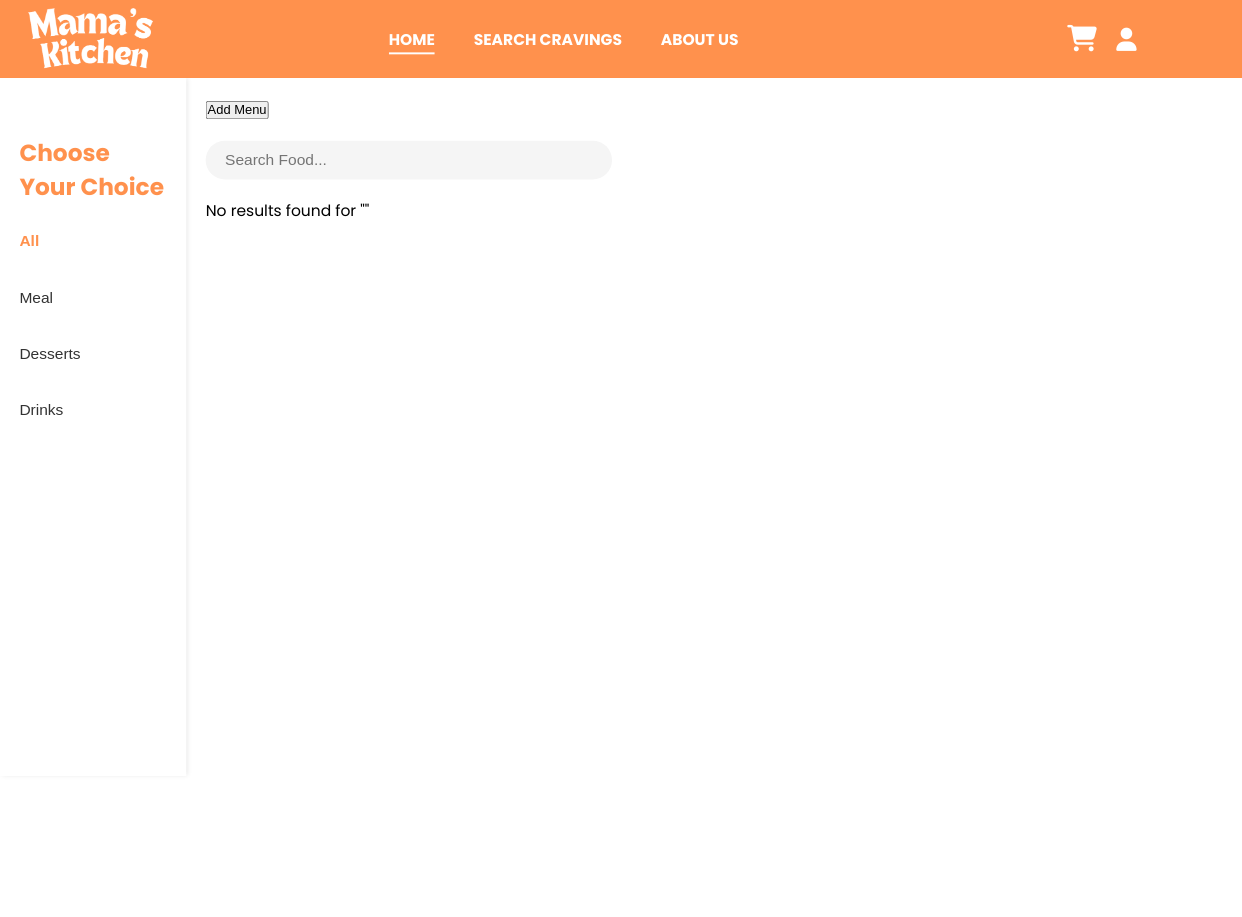
Repository: KarlBautista/mamaskitchen
Page: /adminMenu (app in frontend/)
The author's editor kept a copy of each file at every save. The page is drawn from the files as they stood at one save, then again after the next save.
The browser window is 1280 px wide. The pictures show the whole page, at 97% of full size.
The page's requests for data from a server got no answer. Some web fonts or font styles are not loaded; a fallback is used. Some web libraries are served in a nearby version. The project was rebuilt for these pictures with package versions that can differ from the ones it lists, and the page was loaded fresh each time. Some packages were replaced by stand-ins written for this rebuild. No one was signed in, and anything a server would have sent is missing. Also part of the build but not shown: frontend/src/components/VideoPlatform.jsx, frontend/src/components/Home.jsx, frontend/src/components/Register.jsx, frontend/src/components/SearchCravings.jsx, frontend/src/components/AboutUs.jsx, frontend/src/components/Login.jsx, frontend/src/styles/profile.css, frontend/src/components/Profile.jsx and 3 more. Imported but missing from the stored project, and not drawn on this page: frontend/src/videos/Landing-Video.mp4, frontend/src/videos/jollibee-1.mp4.

Above is the page before, as saved 2025-01-04 00:00:18.

### frontend/public/index.html
<!DOCTYPE html>
<html lang="en">
  <head>
    <meta charset="utf-8" />
    <link rel="icon" href="%PUBLIC_URL%/favicon.ico" />
    <link rel="stylesheet" href="https://cdnjs.cloudflare.com/ajax/libs/font-awesome/6.6.0/css/all.min.css" integrity="sha512-Kc323vGBEqzTmouAECnVceyQqyqdsSiqLQISBL29aUW4U/M7pSPA/gEUZQqv1cwx4OnYxTxve5UMg5GT6L4JJg==" crossorigin="anonymous" referrerpolicy="no-referrer" />
    <meta name="viewport" content="width=device-width, initial-scale=1" />

    <meta name="theme-color" content="#000000" />
    <meta
      name="description"
      content="Web site created using create-react-app"
    />
    <link rel="apple-touch-icon" href="%PUBLIC_URL%/logo192.png" />
    <!--
      manifest.json provides metadata used when your web app is installed on a
      user's mobile device or desktop. See https://developers.google.com/web/fundamentals/web-app-manifest/
    -->
    <link rel="manifest" href="%PUBLIC_URL%/manifest.json" />
    <!--
      Notice the use of %PUBLIC_URL% in the tags above.
      It will be replaced with the URL of the `public` folder during the build.
      Only files inside the `public` folder can be referenced from the HTML.

      Unlike "/favicon.ico" or "favicon.ico", "%PUBLIC_URL%/favicon.ico" will
      work correctly both with client-side routing and a non-root public URL.
      Learn how to configure a non-root public URL by running `npm run build`.
    -->
    <title>React App</title>
  </head>
  <body>
    <noscript>You need to enable JavaScript to run this app.</noscript>
    <div id="root"></div>
    <!--
      This HTML file is a template.
      If you open it directly in the browser, you will see an empty page.

      You can add webfonts, meta tags, or analytics to this file.
      The build step will place the bundled scripts into the <body> tag.

      To begin the development, run `npm start` or `yarn start`.
      To create a production bundle, use `npm run build` or `yarn build`.
    -->
  </body>
</html>

### frontend/src/contexts/UserContext.jsx
import React, { createContext, useContext, useState, useEffect } from "react";
import axios from "axios";

// Create a Context for the user
export const UserContext = createContext();

// Custom hook to use the UserContext
export const useUserContext = () => {
    const context = useContext(UserContext);
    if (!context) {
        throw new Error("useUserContext must be used within a UserProvider");
    }
    return context;
};

export const UserProvider = ({ children }) => {
    const [user, setUser] = useState(null);
    const [cart, setCart] = useState([]);

    // Check localStorage for user data and cart data on initial load
    useEffect(() => {
        const storedUser = JSON.parse(localStorage.getItem("user"));
        const storedCart = JSON.parse(localStorage.getItem("cart")) || [];
        if (storedUser) {
            setUser(storedUser);
        }
        setCart(storedCart);
    }, []);

    const login = (userData) => {
        setUser(userData);
        localStorage.setItem("user", JSON.stringify(userData));
    };

    const logout = () => {
        setUser(null);
        localStorage.removeItem("user");
        clearCart();
    };

    const addToCart = async (item) => {
        if (!item.image_url) {
            console.error("Item image_url is missing!");
            return; // Make sure the item has an image_url before proceeding
        }

        try {
            const response = await axios.post('http://localhost:8800/add_to_cart', {
                user_id: user.id,
                food_name: item.food_name,
                price: item.price,
                image_url: item.image_url, // Ensure this is passed
            });

            if (response.data.success) {
                setCart((prevCart) => {
                    const updatedCart = [...prevCart, item];
                    localStorage.setItem("cart", JSON.stringify(updatedCart));
                    return updatedCart;
                });
            } else {
                console.error("Failed to add to cart:", response.data.message);
            }
        } catch (error) {
            console.error("Error adding to cart:", error);
        }
    };



    const clearCart = () => {
        setCart([]);
        localStorage.removeItem("cart");
    };

    return (
        <UserContext.Provider value={{ user, login, logout, cart, setCart, addToCart, clearCart }}>
        {children}
    </UserContext.Provider>
    );
};

### frontend/src/styles/register.css
@import url('https://fonts.googleapis.com/css2?family=Allura&family=Great+Vibes&family=Inter:ital,opsz,wght@0,14..32,100..900;1,14..32,100..900&family=Lato:ital,wght@0,100;0,300;0,400;0,700;0,900;1,100;1,300;1,400;1,700;1,900&family=Lobster+Two:ital,wght@0,400;0,700;1,400;1,700&family=Poppins:ital,wght@0,100;0,200;0,300;0,400;0,500;0,600;0,700;0,800;0,900;1,100;1,200;1,300;1,400;1,500;1,600;1,700;1,800;1,900&family=Romanesco&display=swap');


*{
    margin: 0;
    padding: 0;
    box-sizing: border-box;

}

html, body{

}
.register-container {
    height: 100vh;
    width: 100%;
    background-color: white;
    display: flex;

    flex-wrap: nowrap; /* Prevent wrapping */
}


.left-container{
    width: 50%;

    height: 100%;
    display: flex;
    align-items: center;
    justify-content: center;


}

.right-container{

    width: 50%;
    height: 100%;
    display: flex;
    justify-content: center;
    align-items: center;
    font-family: "Poppins", sans-serif;

}

img{
    width: 500px;
    height: 500px;

}

.register-form{

    width: 80%;
    height: 80%;

    border-radius: 15px;
    display: flex;
    flex-direction: column;
    align-items: center;
    justify-content: center;
    padding: 20px;

    gap: 50px;

}

.register-form .register-title{


    font-size: 3rem;
    font-weight: bold;
    color:#FF914D;
    text-transform: uppercase;
}

.registration{

    display: flex;
    flex-direction: column;
    gap: 30px;
    width: 100%;
    align-items: center;
}

.registration input{
    width: 80%;
    font-size: 1.5rem;
    border-radius: 15px;
    padding: 20px;
    border: none;
}

.registration button{
    width: 30%;
    border: none;
    border-radius: 10px;
    height: 50px;
    font-size: 1.3rem;
    background-color:#FF914D;
    color: white;
    text-transform: uppercase;
    cursor: pointer;
}


/* Apply same styling to the select element as the input fields */
.registration select {
    width: 80%;
    font-size: 1.5rem;
    border-radius: 15px;
    padding: 20px;
    border: none;
    background-color: #f9f9f9; /* Ensure consistency in background color */
    color: #333; /* Default text color */
}

/* Style for placeholder text inside the select dropdown */
select[name="gender"] {
    color: #777; /* Gray color for the placeholder text */
    font-style: italic;
}

/* Focus effect for select element */
select[name="gender"]:focus {
    outline: none;
    border: 2px solid #FF914D; /* Apply border color on focus */
}

/* Optional: Hover effect for the select options */
select[name="gender"] option:hover {
    background-color: #f1f1f1; /* Light background on hover */
}

/* Style for the gender option placeholder text */
.selectGender {
    font-style: italic;
    color: #777; /* Placeholder color */
}



/* SweetAlert2 custom styles */
.custom-popup {
    background-color: white; /* Soft background color */
    border-radius: 15px;
    box-shadow: 0 4px 8px rgba(0, 0, 0, 0.2);
    padding: 20px;
}

.custom-popup .swal2-title {
    color: #333;
    font-family: 'Poppins', sans-serif;
    font-size: 1.5em;
}


/* Apply Poppins font to SweetAlert title */
.swal2-title {
    font-family: 'Poppins', sans-serif !important;
  }

  /* If you want to apply it to all SweetAlert content */
  .swal2-html-container {
    font-family: 'Poppins', sans-serif !important;
  }

### frontend/src/styles/header.css
@import url('https://fonts.googleapis.com/css2?family=Allura&family=Great+Vibes&family=Inter:ital,opsz,wght@0,14..32,100..900;1,14..32,100..900&family=Lato:ital,wght@0,100;0,300;0,400;0,700;0,900;1,100;1,300;1,400;1,700;1,900&family=Lobster+Two:ital,wght@0,400;0,700;1,400;1,700&family=Poppins:ital,wght@0,100;0,200;0,300;0,400;0,500;0,600;0,700;0,800;0,900;1,100;1,200;1,300;1,400;1,500;1,600;1,700;1,800;1,900&family=Romanesco&display=swap');
.header-container {
    position: sticky;
    top: 0;
    z-index: 1000;
    height: 80px;
    display: flex;
    align-items: center;
    justify-content: space-between;
    background-color:#FF914D;
    padding: 10px 20px;
    transition: transform 0.5s ease, opacity 0.5s ease;
    font-family: "Poppins", sans-serif;
}


.header-container.scrolled a::after {
    background-color:#FF914D;
}

.header-container.scrolled {
    background-color: white;
    color: #FF914D;
    box-shadow: 0 2px 5px rgba(0, 0, 0, 0.1);
}


.header-container.visible {
    transform: translateY(0); /* Show header */
    opacity: 1;
}

.header-container.hidden {
    transform: translateY(-100%); /* Hide header */
    opacity: 0;
}

.header-container.scrolled .bayong{
    color: #FF914D;
}
.header-logo {
    width: auto; /* Adjust width dynamically */
    height: 100%;
    display: flex;
    align-items: center;
    justify-content: center;
    transition: transform 0.3s ease, color 0.3s ease;
}

.header-logo a {
    display: flex;
    align-items: center;
    justify-content: center;
    text-decoration: none;
}

.header-logo img {
    max-width: 150px; /* Set a max width for the logo */
    height: auto; /* Maintain aspect ratio */
    transition: transform 0.3s ease, filter 0.3s ease; /* Smooth hover effects */
}

.header-logo img:hover {
    transform: scale(1.05); /* Slightly enlarge on hover */
    filter: brightness(1.1); /* Brighten the image */
}


.header-container.scrolled .header-logo {
   color: #FF914D; /* Change color on scroll */
}
.header-container.scrolled i{
    color: #FF914D;
}


.header-logo p {
    font-size: 3rem;
    letter-spacing: 1px;
    font-weight: bold;
}

.header-container.scrolled a{
    color: #FF914D;
}

.header-container.scrolled .{
    color: #FF914D;
}

.header-container.scrolled .user{
    color: #FF914D;
}



.header-links{

    width: 60%;
    height: 100%;
    display: flex;
    align-items: center;
    justify-content: center;
    margin-right: 20px;
    text-transform: uppercase;
}

.header-links a {
    text-decoration: none;
    color: white;
    margin: 0 20px;
    font-size: 1rem;
    font-weight: bold;
    transition: color 0.3s ease;
}


.header-last{
    display: flex;
    align-items: center;
    justify-content: center;
    width: 20%;
    gap: 20px;
    cursor: pointer;
    text-transform: uppercase;
}

/* Base Style */
a {
    text-decoration: none;
    color: white;
    font-size: 1.2rem;
    font-weight: bold;
    position: relative;
    transition: color 0.3s ease;
}

/* Hover Effect */
a:hover {
   text-shadow: white;
}

/* Underline Effect */


a::after {
    content: '';
    position: absolute;
    left: 0;
    bottom: -3px; /* Adjust based on spacing preference */
    width: 100%;
    height: 2px;
    background-color: white; /* Underline color */
    transform: scaleX(0);
    transform-origin: left;
    transition: transform 0.3s ease;
}

a:hover::after {
    transform: scaleX(1);
}


a.active::after {
    transform: scaleX(1);
}








/* Base Style */
/* Base Style *

/* Hover Effect */
.cart-icon{
    font-size: 1.7rem;
}

/* Underline Effect */
.user-dropdown {
    position: relative;
    display: inline-block;
    cursor: pointer;
    color: white;
    font-size: 1.7rem;

}

.dropdown-content {
    background-color: white;
    border: 1px solid #ccc;
    position: absolute;
    top: 100%;
    right: 0;
    min-width: 160px;
    display: flex;
    flex-direction: column;
    padding: 10px 0;
    box-shadow: 0 4px 8px rgba(0, 0, 0, 0.1);
    z-index: 1000;
}

.dropdown-item {
    color: black; /* Set text color to black */
    padding: 8px 16px;
    text-decoration: none;
    display: block;
    cursor: pointer;
}

.dropdown-item:hover {
    background-color: #f1f1f1;
}

/* Optional: Dropdown toggle icon styles */
.user-dropdown .fas.fa-user {
    cursor: pointer;
    font-size: 24px;
}

.bayong-container.active .bayong,
.user-dropdown.active i {
    position: relative;
}

.bayong-container.active .bayong::after,
.user-dropdown.active i::after {
    content: "";
    position: absolute;
    left: 0;
    bottom: -3px; /* Adjust based on spacing preference */
    width: 100%;
    height: 2px;
    background-color: white; /* Underline color */
    transform: scaleX(1);
    transform-origin: left;
    transition: transform 0.3s ease;
}

/* Normal state */
.bayong-container .bayong::after,
.user-dropdown i::after {
    transform: scaleX(0);
    transition: transform 0.3s ease;
}

### frontend/src/styles/search-cravings.css
/* Ensure the container spans the full viewport */

.stores-container {
    display: flex;
    height: auto;
    width: 100%;
    background-color: white;
    font-family: "Poppins", sans-serif;
}

/* Sidebar styling */
.sidebar {
    position: sticky;
    top: 0;
    width: 15%; /* Fixed width of 25% */
    background-color: white;
    color: #333;
    height: 100vh; /* Make it span the full viewport height */
    display: flex;
    flex-direction: column;
    align-items: center;
    padding-top: 20px;
    box-shadow: 2px 0 5px rgba(0, 0, 0, 0.1);
}


.sidebar h2 {
    margin-bottom: 20px;
    font-size: 1.5rem;
    text-transform: uppercase;
    letter-spacing: 1px;
}

.sidebar ul {
    list-style: none;
    padding: 0;
    width: 100%;
    text-align: center;
}

.sidebar ul li {
    padding: 10px 0;
    cursor: pointer;
    transition: background-color 0.3s;
}

.sidebar ul li:hover {
    background-color: white;
    color:#FF914D;
}

/* Main container styling */
.main-container {
    flex: 1; /* Allow main content to grow and fill the remaining space */
    display: flex;
    flex-direction: column;
    padding: 20px;
}
/* Video platform styling */
.video-platform-container {
    width: 100%;
    display: flex;
    justify-content: center;

}

.video-platform {
    width: 99%; /* Adjust width as needed */
    max-height: 500px;
    overflow: hidden;
    border-radius: 10px;
    box-shadow: 0 4px 10px rgba(0, 0, 0, 0.2);
}

.video-platform video {
    width: 100%;
    height: auto;
    display: block;
    border-radius: 10px;
}

.search-stores{
    width: 100%;
    display: flex;
    align-items: center;
    justify-content: flex-start;
    margin-top: 20px;

}

.search-stores input{
    width: 40%;
    height: 40px;
    border-radius: 20px;
    border: none;
    padding: 0 20px;
    font-size: 1rem;
    outline: none;
    background-color: whitesmoke;
}

.search-stores input:focus{
    border: 1px solid #FF914D;
}

.store-categories{
    font-size: 1.5rem;
    font-weight: bold;
    color: #FF914D;

}

.food-classifications {
    width: 100%;
    margin-top: 20px;
}

.food-class-container {
    width: 100%;
    display: flex;
    flex-direction: column;

    align-items: flex-start; /* Align items to the start (left) */
    padding: 20px;
}

.food-class {
    width: 100%;

    margin: 0; /* Remove default list margin */
    padding: 0; /* Remove default list padding */
    list-style: none; /* Remove bullet points */

}

.food-class li {
    padding: 8px 0; /* Add space between items */
    text-align: left; /* Ensure text aligns to the left */
    font-size: 16px;
    font-family: Arial, sans-serif;
    margin-top: 20px;

}

.food-class li:hover{
    font-weight: bold;
}


.foods {
    width: 100%;
    gap: 10px;
    margin-top: 20px;
    display: grid;
    grid-template-columns: repeat(3, 1fr); /* Always 3 items per row */
    grid-template-rows: auto;
    min-height: 100vh;;
}





.card-foods {
    width: 100%;
    height: 250px;
    background-color: #FF914D;
    position: relative;
    overflow: hidden;
}
.card-foods img {
    width: 100%;
    height: 100%;
    object-fit: cover;
}

.card-details {
    position: absolute;
    top: 0;
    left: 0;
    width: 100%;
    height: 100%;
    display: flex;
    flex-direction: column;
    align-items: center;
    justify-content: center;
    background-color: rgba(0, 0, 0, 0.6);

    color: white;
    opacity: 0; /* Initially hidden */
    transition: opacity 0.3s ease; /* Smooth fade-in effect */
    cursor: pointer;
}

.card-foods:hover .card-details {
    opacity: 1; /* Show on hover */
}

.dish-name {
    font-size: 1.5rem;
    font-weight: bold;
    margin-bottom: 10px;
}

.dish-price {
    font-size: 1.2rem;
    margin-bottom: 20px;
}

.add-to-cart {
    background-color: #FF914D;
    color: white;
    border: none;
    padding: 10px 20px;
    font-size: 1rem;
    cursor: pointer;
    border-radius: 5px;
    transition: background-color 0.3s ease;
}

.add-to-cart:hover {
    background-color: #FF6B1D;
}


.food-class li.active {
    font-weight: bold;
    color: #FF914D;
}
.card-enter {
    opacity: 0;
    transform: scale(0.9);
}
.card-enter-active {
    opacity: 1;
    transform: scale(1);
    transition: opacity 300ms, transform 300ms;
}
.card-exit {
    opacity: 1;
    transform: scale(1);
}
.card-exit-active {
    opacity: 0;
    transform: scale(0.9);
    transition: opacity 300ms, transform 300ms;
}

Loaded but not shown: frontend/src/index.js (common file); frontend/src/index.css (common file); frontend/src/reportWebVitals.js (common file); frontend/src/App.js (37 lines, source omitted); frontend/src/styles/home.css (565 lines, source omitted); frontend/src/components/adminMenu.jsx (266 lines, source omitted); frontend/src/components/Header.jsx (187 lines, source omitted)

After the next save:
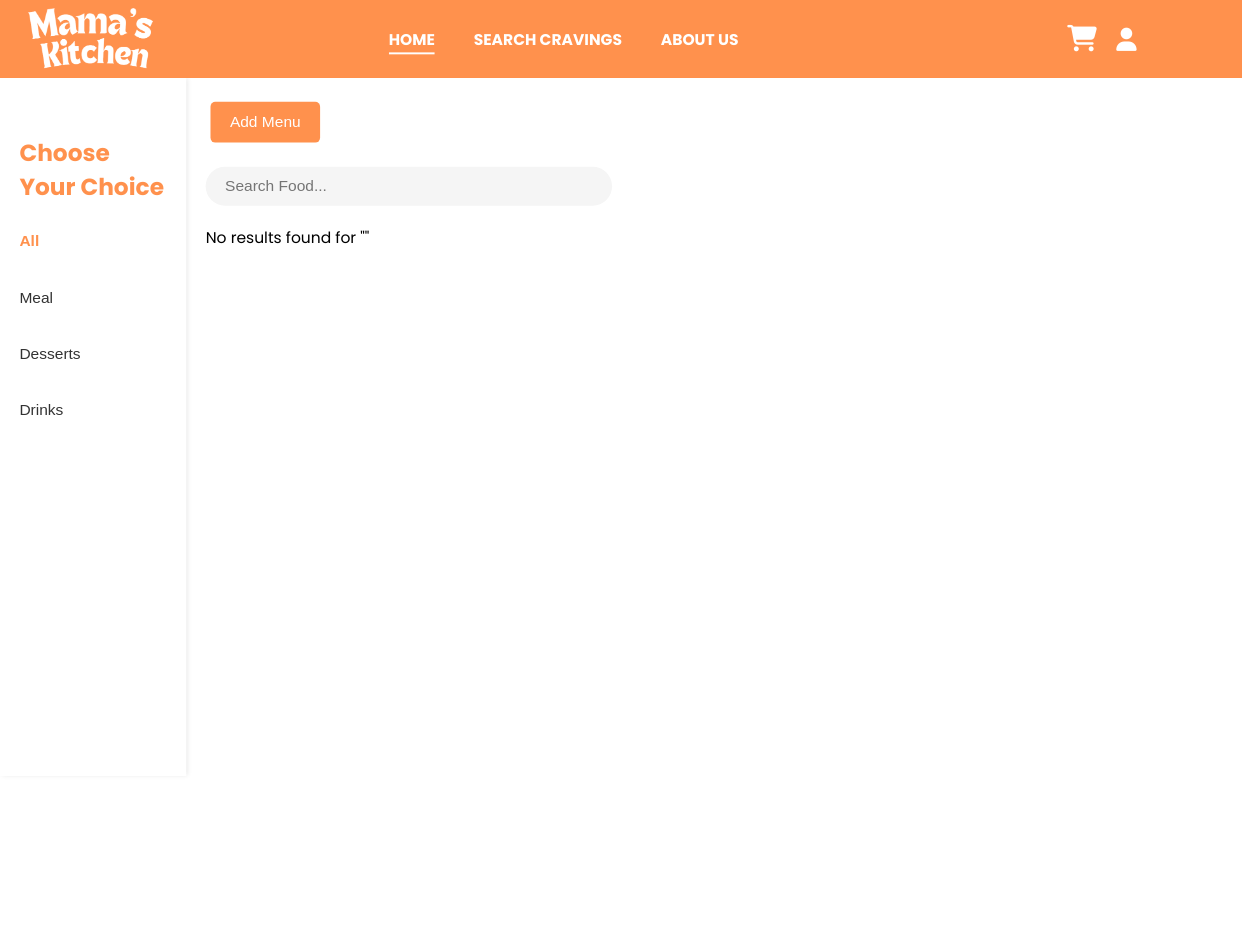
Saved 2 min 18 s later.
--- a/frontend/src/styles/search-cravings.css
+++ b/frontend/src/styles/search-cravings.css
@@ -245,3 +245,66 @@
     transform: scale(0.9);
     transition: opacity 300ms, transform 300ms;
 }
+
+
+/* Style for Add, Update, and Delete buttons */
+.add-menu-btn, .update-btn, .delete-btn {
+    background-color: #FF914D;
+    color: white;
+    border: none;
+    padding: 12px 20px;
+    font-size: 1rem;
+    cursor: pointer;
+    border-radius: 5px;
+    transition: background-color 0.3s ease, transform 0.3s ease;
+    margin: 5px;
+    display: inline-block;
+}
+
+/* Hover effect */
+.add-menu-btn:hover, .update-btn:hover, .delete-btn:hover {
+    background-color: #FF6B1D;
+    transform: scale(1.05);
+}
+
+/* Focus effect for accessibility */
+.add-menu-btn:focus, .update-btn:focus, .delete-btn:focus {
+    outline: 2px solid #FF914D;
+    outline-offset: 2px;
+}
+
+/* Optional: Style the buttons in the dish cards (for Update and Delete) */
+.card-foods .action-buttons {
+    position: absolute;
+    top: 10px;
+    right: 10px;
+    z-index: 10;
+    display: flex;
+    gap: 10px;
+}
+
+/* Optional: Style for buttons inside SweetAlert form inputs */
+.swal2-input {
+    width: 100%;
+    padding: 10px;
+    margin: 5px 0;
+    font-size: 1rem;
+    border-radius: 5px;
+    border: 1px solid #FF914D;
+    background-color: whitesmoke;
+}
+
+/* Style for SweetAlert buttons */
+.swal2-confirm, .swal2-cancel {
+    background-color: #FF914D;
+    border: none;
+    color: white;
+    padding: 10px 20px;
+    font-size: 1rem;
+    border-radius: 5px;
+    transition: background-color 0.3s ease;
+}
+
+.swal2-confirm:hover, .swal2-cancel:hover {
+    background-color: #FF6B1D;
+}
